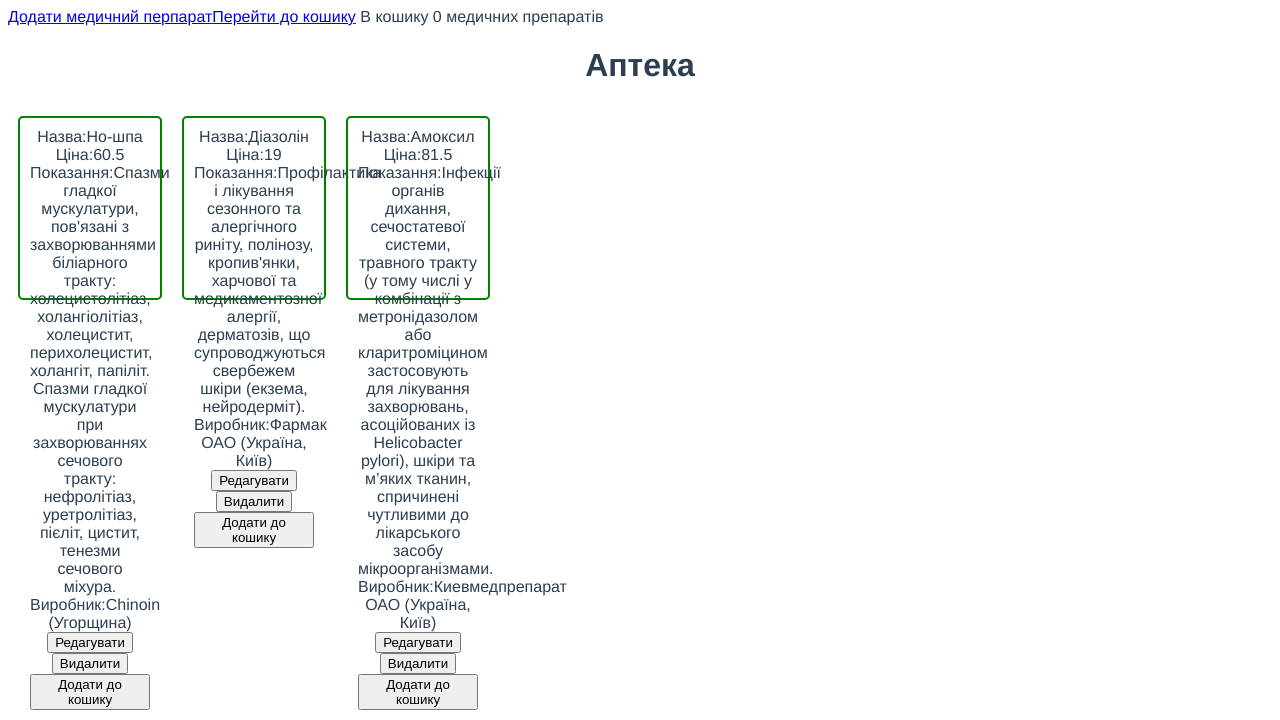
Repository: kristinap8/pharmacy
Page: /
An editor plug-in stored every save of this project. The page is shown before and after the next save, followed by the edit.
The browser window is 1280 px wide. The pictures show the whole page.
The project was rebuilt for these pictures with package versions that can differ from the ones it lists, and the page was loaded fresh each time. Also part of the build but not shown: src/components/AddMedicineForm/index.vue, src/pages/AddMedicine/index.vue, src/components/EditMedicineForm/index.vue, src/pages/EditMedicine/index.vue, src/components/CartForm/index.vue, src/pages/Cart/index.vue.

Above is the page before, as saved 2020-12-10 01:33:24.

After the next save:
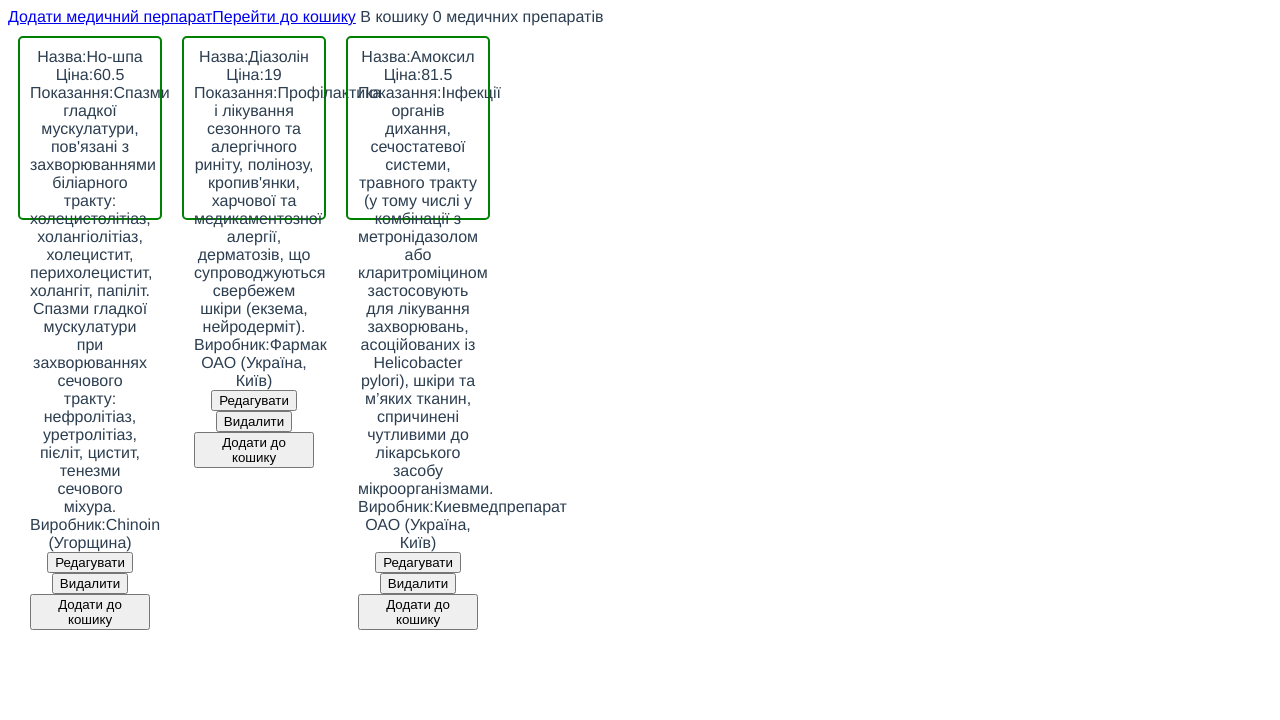
Saved 69 s later.
--- a/src/components/MedicinesList/index.vue
+++ b/src/components/MedicinesList/index.vue
@@ -1,7 +1,6 @@
 <template>
     <div>
-        <h1 class="header">Аптека</h1>
-     <div class="list-container">
+        <div class="list-container">
     <medicine-card
     v-for="medicine in getMedicines"
     :key="medicine.id"
@@ -35,7 +34,4 @@ import MedicineCard from "./MedicineCard"
   .list-container{
       display: flex;
   }
-  .header{
-      text-align: center;
-  }
 </style>
